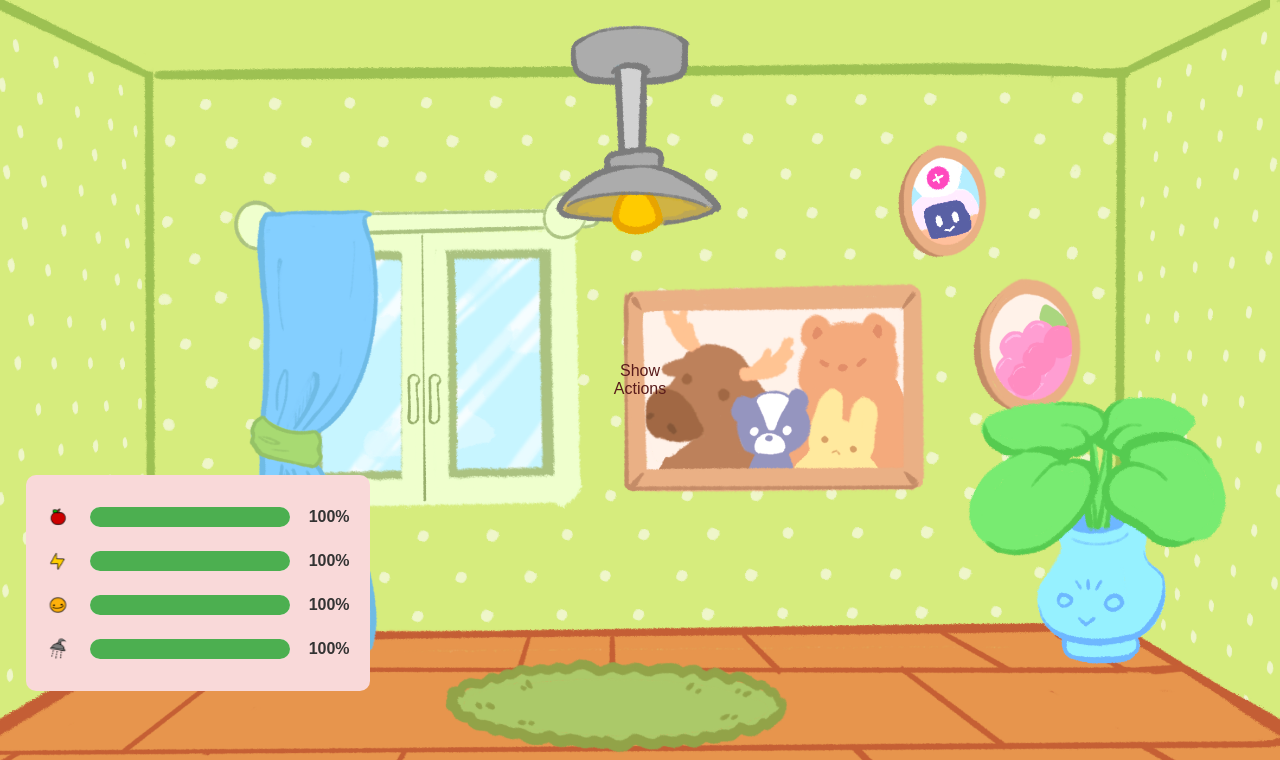
Repository: sarahjx/CapyCare
Page: html/statusbar.html
An editor plug-in stored every save of this project. The page is shown before and after the next save, followed by the edit.
The browser window is 1280 px wide. The pictures show the whole page.
Backgrounds fixed to the window are drawn as part of the page.

Above is the page before, as saved 2025-05-01 15:13:06.
Console error: TypeError: Cannot set properties of null (setting 'innerText')

### html/statusbar.html
<!-- @format -->

<!DOCTYPE html>
<html lang="en">
  <head>
    <meta charset="UTF-8" />
    <meta name="viewport" content="width=device-width, initial-scale=1.0" />
    <title>Virtual Pet Game</title>
    <link rel="stylesheet" href="../css/styles.css" />
    <link rel="stylesheet" href="../css/statusbar.css" />
  </head>
  <body>
    <!-- Toggle Button -->
    <button id="toggle-button" class="action-btn" onclick="toggleActions()">
      Show Actions
    </button>

    <!-- Action Buttons Column -->
    <div id="action-buttons-column" class="action-buttons hidden">
      <button class="action-btn" onclick="feedPet(currentPet)">Feed</button>
      <button class="action-btn" onclick="bathePet(currentPet)">Bathe</button>
      <button class="action-btn" onclick="bedtime(currentPet)">Sleep</button>
      <button class="action-btn" onclick="touchPet(currentPet)">Play</button>
      <button id="pauseButton" class="action-btn" onclick="togglePause()">
        Pause
      </button>
      <button id="close-button" class="action-btn" onclick="toggleActions()">
        Close
      </button>
    </div>

    <!-- Status Bar Container -->
    <div class="status-bar-container">
      <div class="status-row">
        <img src="../images/hunger.svg" alt="Hunger Icon" class="status-icon" />
        <div class="status-progress">
          <div class="status-fill" id="hunger-fill"></div>
        </div>
        <span class="status-value" id="hunger-value">100%</span>
      </div>
      <div class="status-row">
        <img src="../images/energy.svg" alt="Energy Icon" class="status-icon" />
        <div class="status-progress">
          <div class="status-fill" id="energy-fill"></div>
        </div>
        <span class="status-value" id="energy-value">100%</span>
      </div>
      <div class="status-row">
        <img
          src="../images/happiness.svg"
          alt="Happiness Icon"
          class="status-icon"
        />
        <div class="status-progress">
          <div class="status-fill" id="happiness-fill"></div>
        </div>
        <span class="status-value" id="happiness-value">100%</span>
      </div>
      <div class="status-row">
        <img
          src="../images/hygiene.svg"
          alt="Hygiene Icon"
          class="status-icon"
        />
        <div class="status-progress">
          <div class="status-fill" id="hygiene-fill"></div>
        </div>
        <span class="status-value" id="hygiene-value">100%</span>
      </div>
    </div>

    <!-- Game Over Screen -->
    <div id="gameOverScreen" class="game-over" style="display: none">
      <h2 id="gameOverMessage"></h2>
      <button onclick="resetGame()">Start New Game</button>
    </div>

    <script src="../backend/status.js"></script>
    <script>
      // Update bars in real-time
      function updateBars() {
        if (!isPaused) {
          document.getElementById("hunger-fill").style.width = `${hunger}%`;
          document.getElementById("energy-fill").style.width = `${energy}%`;
          document.getElementById(
            "happiness-fill"
          ).style.width = `${happiness}%`;
          document.getElementById("hygiene-fill").style.width = `${hygiene}%`;

          document.getElementById("hunger-value").textContent = `${Math.round(
            hunger
          )}%`;
          document.getElementById("energy-value").textContent = `${Math.round(
            energy
          )}%`;
          document.getElementById(
            "happiness-value"
          ).textContent = `${Math.round(happiness)}%`;
          document.getElementById("hygiene-value").textContent = `${Math.round(
            hygiene
          )}%`;
        }
      }

      // Update every second
      setInterval(updateBars, 1000);

      // Initial update
      updateBars();
    </script>
  </body>
</html>

### css/styles.css
:root {
    --primary-color: #F9D9D9;
    --secondary-color: #D9E7F9;
    --tertiary-color: #FFF1FB;
    --accent-color: #F7EFD7;
    --text-color: #333;
    --spacing-xs: 0.5rem;
    --spacing-sm: 0.75rem;
    --spacing-md: 1rem;
    --spacing-lg: 1.5rem;
    --spacing-xl: 2rem;
    --spacing-xxl: 3rem;
    --font-family: 'McLaren', sans-serif;
    --font-size-xs: 0.75rem;
    --font-size-sm: 0.875rem;
    --font-size-md: 1rem;
    --font-size-lg: 1.125rem;
    --font-size-xl: 1.25rem;
    --font-size-xxl: 1.5rem;
}

  /* landing page */
.landing-page {
    position: relative;
    width: 100vw;
    overflow: hidden;
    color: var(--secondary-color);
    font-family: var(--font-family);
}

.welcome-message {
    text-align: center;
    font-size: 4rem;
    color: var(--text-color);
    font-family: var(--font-family);
    background-color: var(--accent-color);
    border: 3px solid var(--secondary-color);
    padding: var(--spacing-md) var(--spacing-lg);
    border-radius: 12px;
    margin-bottom: var(--spacing-lg);
    box-shadow: 0 4px 10px rgba(0, 0, 0, 0.1);
}

.background {
    position: relative;
    top: 0;
    left: 0;
    width: 100%;
    height: 100%;
    z-index: -1;
}

.background img {
    width: 100%;
    height: 100%;
    object-fit: cover;
    object-position: center top;
}

  /* Button container */
.button-container {
    position: absolute;
    top: 0;
    left: 0;
    width: 100%;
    height: 100%;
    display: flex;
    flex-direction: column;
    align-items: center;
    justify-content: center;
    padding-top: 45vh;
}

  /* Button styles */
.png-button {
    border: none;
    background: transparent;
    padding: 0;
    cursor: pointer;
    transform: translateY(0);
    transition: transform 0.2s ease;
    z-index: 2;
}

.png-button img {
    width: 530px;
    height: auto;
    display: block;
}

.png-button:hover img {
    transform: scale(1.05);
}

.png-button:active img {
    transform: scale(0.98);
}


/* pet page */

body {
    font-family: Arial, sans-serif;
    display: flex;
    justify-content: center;
    align-items: center;
    height: 100vh;
    background-color: #f0f0f0;
    margin: 0;
}

/* Container for all content */
.container {
    text-align: center;
    background-color: #fff;
    border-radius: 10px;
    padding: 30px;
    box-shadow: 0 4px 6px rgba(0, 0, 0, 0.1);
    width: 350px;
    position: relative;
}

/* Button section above the status bars */
.buttons {
    display: flex;
    justify-content: space-around;
    margin-bottom: 20px;
}

/* Style for action buttons */
.action-btn {
    padding: 10px 20px;
    font-size: 16px;
    cursor: pointer;
    background-color: var(--button-color);
    color: rgb(89, 27, 27);
    border: none;
    border-radius: 5px;
}

.action-btn:hover {
    background-color: #45a049;
}

/* Status bar section at the bottom of the container */
.status-bar {
    position: absolute;
    bottom: 0;
    width: 100%;
}

/* Individual rows containing icons and bars */
.status-row {
    display: flex;
    align-items: center;
    margin: 10px 0;
}

/* Status icon (SVG) */
.status-icon {
    width: 30px;
    height: 30px;
    margin-right: 10px;
}

/* Status bars */
.bar {
    width: 0;
    height: 20px;
    background-color: var(--primary-color);
    border-radius: 5px;
    transition: width 0.5s ease-in-out;
}

### css/statusbar.css
/** @format */

:root {
  --primary-color: #f9d9d9;
  --secondary-color: #d9e7f9;
  --tertiary-color: #fff1fb;
  --accent-color: #f7efd7;
  --text-color: #333;
  --spacing-xs: 0.5rem;
  --spacing-sm: 0.75rem;
  --spacing-md: 1rem;
  --spacing-lg: 1.5rem;
  --spacing-xl: 2rem;
  --spacing-xxl: 3rem;
  --font-family: "McLaren", sans-serif;
  --font-size-xs: 0.75rem;
  --font-size-sm: 0.875rem;
  --font-size-md: 1rem;
  --font-size-lg: 1.125rem;
  --font-size-xl: 1.25rem;
  --font-size-xxl: 1.5rem;
}

body {
  font-family: var(--font-family);
  margin: 0 auto;
  padding: 20px;
  background-image: url("../images/LightsOn.PNG");
  background-size: cover;
  background-repeat: no-repeat;
  background-attachment: fixed;
  background-position: center;
  transition: background-image 0.3s ease;
}

body.lights-off {
  background-image: url("../images/LightsOff.PNG");
}

.pet-container {
  display: flex;
  flex-direction: column;
  align-items: center;
  justify-content: center;
}

.pet-image {
  transform: scale(0.3);
  position: fixed;
  margin-top: 1200px;
}

.status-bar-container {
  position: fixed;
  background-color: var(--primary-color);
  padding: 20px;
  border-radius: 10px;
  display: inline-flex;
  flex-direction: column;
  bottom: 4%;
  left: 2%;
}

.status-icon-container {
  display: flex;
  align-items: center;
  margin-bottom: 0;
}

.hunger-icon,
.energy-icon,
.happiness-icon,
.hygiene-icon {
  width: 10px;
  height: auto;
  margin-right: 30px;
}

.status-bar {
  margin: 0;
}

.status-label {
  display: inline-block;
  width: 100px;
  font-weight: bold;
  margin: 0;
}

.status-progress {
  width: 200px;
  height: 20px;
  background-color: #ffffff;
  border-radius: 10px;
  overflow: hidden;
  position: relative;
}

.status-fill {
  height: 100%;
  width: 100%;
  position: absolute;
  left: 0;
  top: 0;
  background-color: #4caf50;
  transition: width 0.3s ease;
}

.status-row {
  display: flex;
  align-items: center;
  gap: 10px;
  margin-bottom: 10px;
}

.status-icon {
  width: 24px;
  height: 24px;
}

.status-value {
  min-width: 50px;
  text-align: right;
  font-weight: bold;
  color: #333;
}

.action-buttons {
  margin-top: 20px;
  display: inline-flex;
  flex-direction: column;
  padding: 20px;
  border-radius: 10px;
  gap: 15px;
  background-color: var(--primary-color);
  position: fixed;
  right: 2%;
  bottom: 4%;
}

button {
  padding: 10px;
  border: none;
  border-radius: 5px;
  background-color: #4caf50;
  color: white;
  cursor: pointer;
  transition: background-color 0.3s;
  width: 6rem;
  font-family: var(--font-family);
  font-weight: 7pt;
  font-size: var(--font-size-xl);
}

button:hover {
  background-color: #45a049;
}

.warning {
  color: #ff9800;
  font-weight: bold;
  margin-top: 5px;
}

.critical {
  color: #f44336;
  font-weight: bold;
  margin-top: 5px;
}

.hidden {
  display: none;
}

.game-over-overlay {
  position: fixed;
  top: 0;
  left: 0;
  right: 0;
  bottom: 0;
  width: 100%;
  height: 100%;
  background-color: rgba(0, 0, 0, 0.2);
  display: none;
  z-index: 1000;
  margin: 0;
  padding: 0;
}

.bedtime-overlay {
  position: fixed;
  top: 0;
  left: 0;
  right: 0;
  bottom: 0;
  width: 100%;
  height: 100%;
  background-color: rgba(0, 0, 0, 0.8);
  display: none;
  z-index: 1000;
  margin: 0;
  padding: 0;
}

.game-over-content {
  position: fixed;
  display: none;
  flex-direction: column;
  justify-content: center;
  align-items: center;
  left: 50%;
  top: 50%;
  transform: translate(-50%, -50%);
  padding: 50px;
  background-color: rgb(0, 0, 0);
  color: white;
  border-radius: 10px;
  z-index: 1001;
  min-width: 300px;
}

Loaded but not shown: backend/status.js (518 lines, source omitted)

After the next save:
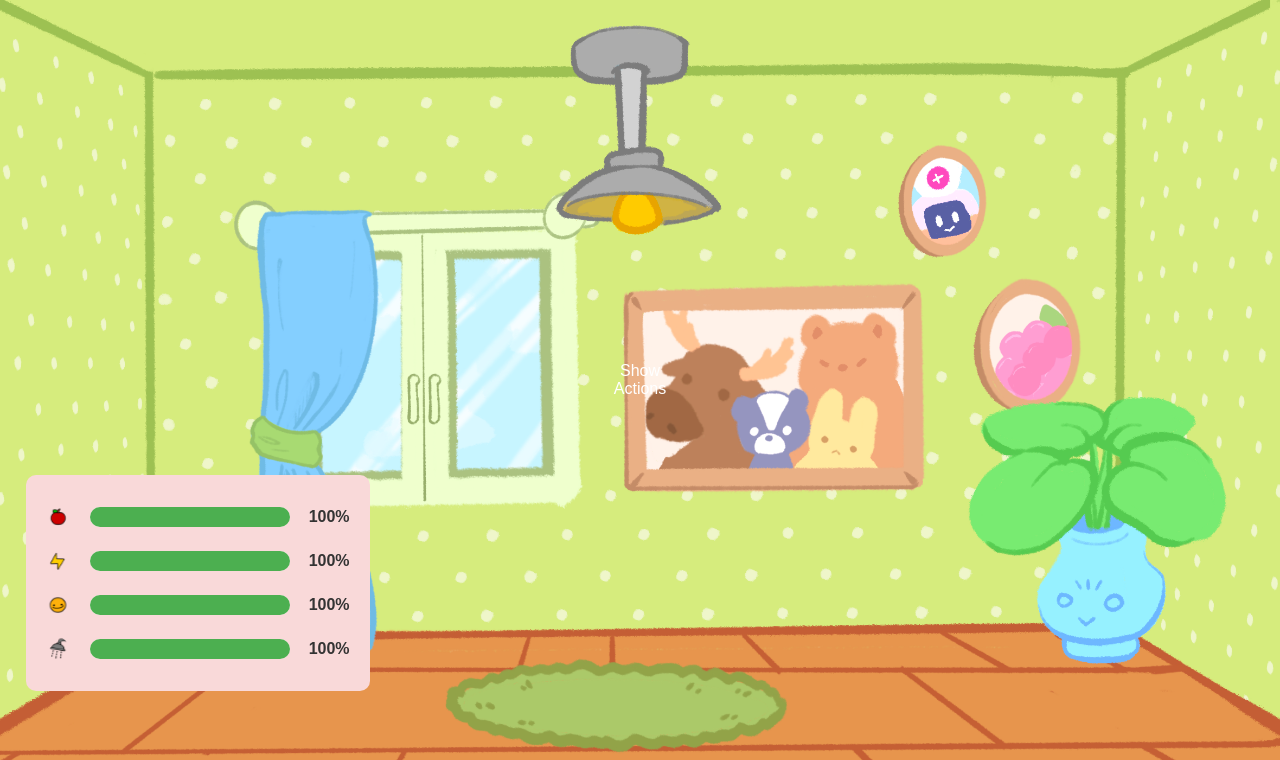
Saved 9 s later.
--- a/css/styles.css
+++ b/css/styles.css
@@ -133,7 +133,6 @@ body {
     font-size: 16px;
     cursor: pointer;
     background-color: var(--button-color);
-    color: rgb(89, 27, 27);
     border: none;
     border-radius: 5px;
 }
